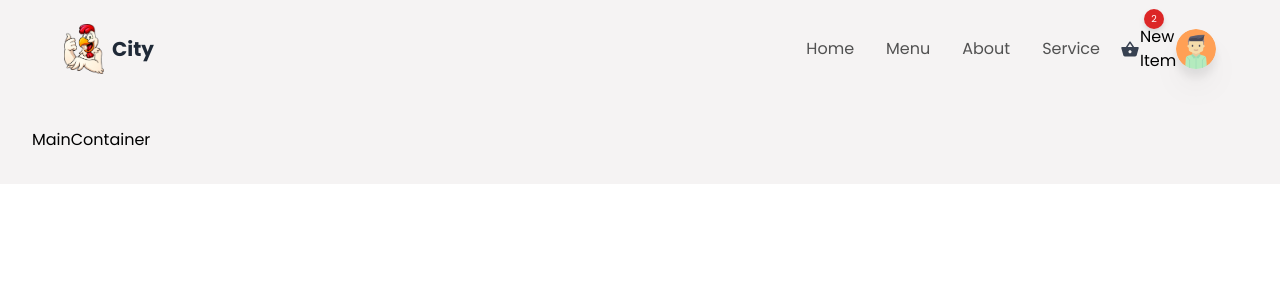
Repository: shikubro90/foodApp
Page: /
These files come from the project's save history. The page is drawn as it stood at one moment and after the next save; the edit follows.
The browser window is 1280 px wide. The pictures show the whole page.
The project was rebuilt for these pictures with package versions that can differ from the ones it lists, and the page was loaded fresh each time. Also part of the build but not shown: src/Components/CreateContainer.jsx.

Above is the page before, as saved 2022-09-21 18:58:07.

After the next save:
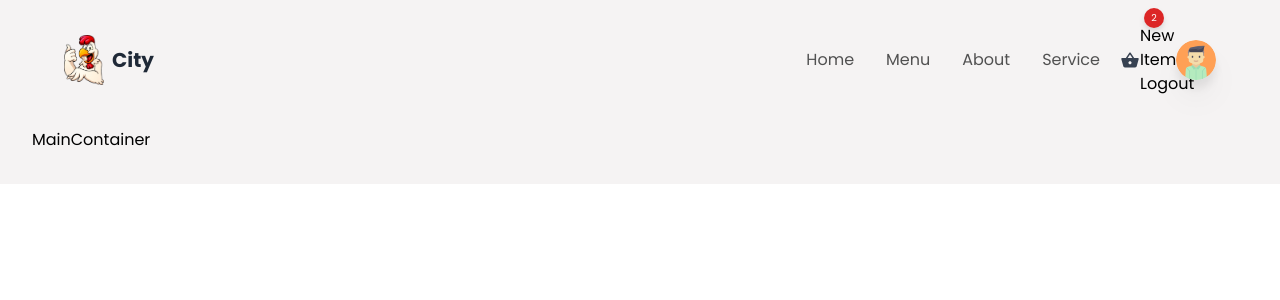
Saved 4 s later.
--- a/src/Components/Header.jsx
+++ b/src/Components/Header.jsx
@@ -76,7 +76,7 @@ const Header = () => {
             </motion.div>
             <div className='w-4'>
               <p>New Item</p>
-
+              <p>Logout</p>
             </div>
 
           </div>
